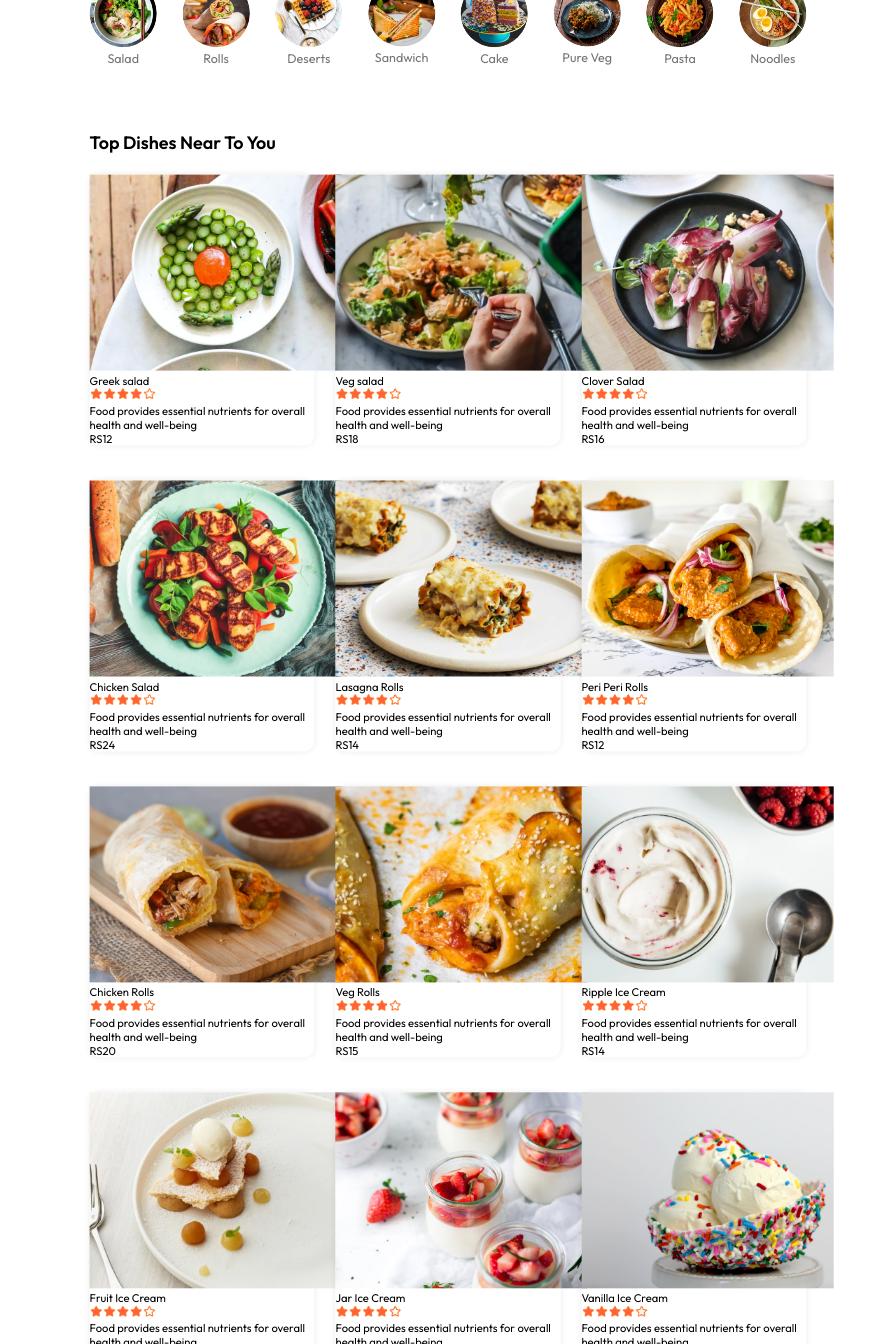
Repository: Attar786/Food-ordering-app
Page: / (app in frontend/)
The author's editor kept a copy of each file at every save. The page is drawn from the files as they stood at one save, then again after the next save.
The browser window is 1280 px wide. The pictures show the part of the page from y = 738 to 2658 px (the page is 5745 px tall before and 5415 px after), at 70% of full size.
The project was rebuilt for these pictures with package versions that can differ from the ones it lists, and the page was loaded fresh each time. Also part of the build but not shown: frontend/vite.config.js, frontend/src/pages/Cart/Cart.css, frontend/src/pages/Cart/Cart.jsx, frontend/src/pages/PlaceOrder/PlaceOrder.css, frontend/src/pages/PlaceOrder/PlaceOrder.jsx.

Above is the page before, as saved 2024-07-25 20:49:59.

### frontend/src/main.jsx
import ReactDOM from 'react-dom/client'
import App from './App.jsx'
import './index.css'
import {BrowserRouter} from 'react-router-dom'
import StoreContextProvider from './context/StoreContext.jsx'
ReactDOM.createRoot(document.getElementById('root')).render(
<BrowserRouter>

<StoreContextProvider>
<App />
</StoreContextProvider>

    </BrowserRouter>
)

### frontend/src/App.jsx
import './index.css'
import Navbar from "./components/Navbar/Navbar"
import Home from './pages/Home/Home'
import Cart from './pages/Cart/Cart'
import PlaceOrder from './pages/PlaceOrder/PlaceOrder'
import { Route, Routes } from 'react-router-dom'


function App() {

  return (
    <>

  <div className='app'>
  <Navbar/>
<Routes>
<Route path='/' element={<Home/>}/>
<Route path='/cart' element={<Cart/>}/>
<Route path='/order' element={<PlaceOrder/>}/>

</Routes>
  </div>
    </>
  )
}

export default App

### frontend/src/index.css
@import url('https://fonts.googleapis.com/css2?family=Outfit:wght@100..900&display=swap');


*{
margin: 0;
padding: 0;
 box-sizing: border-box;
 font-family: outfit;
}
body{
height: 100vh;
}
a{
text-decoration: none;
color : inherit;
}
.app{
    width: 80%;
    margin: auto;
}
@keyframes fadeIn{
    0%{
        opacity: 0;
    }
    100%{
        opacity: 1;
    }
}

### frontend/src/context/StoreContext.jsx
// import './StoreContext.css';
// import { createContext } from 'react';
// import { food_list } from '../assets/assets';
// export const StoreContext = createContext(null);

// const StoreContextProvider = (props) => {
//   const contextValue = {};
//   food_list
//   return (
//     <StoreContext.Provider value={contextValue}>
//       {props.children}
//     </StoreContext.Provider>
//   );
// };

// export default StoreContextProvider;

import './StoreContext.css';
import { createContext } from 'react';
import { food_list } from '../assets/assets'; // Ensure this path is correct and food_list is correctly exported

export const StoreContext = createContext(null);

const StoreContextProvider = (props) => {
  const contextValue = {
    food_list, // Assign food_list to contextValue
  };

  return (
    <StoreContext.Provider value={contextValue}>
      {props.children}
    </StoreContext.Provider>
  );
};

export default StoreContextProvider;

### frontend/src/components/Navbar/Navbar.jsx
import { useState } from 'react';
import './Navbar.css';
import { assets } from '../../assets/assets';

const Navbar = () => {
  const [menu, setMenu] = useState("home");

  const handleMenuClick = (menuItem) => {
    setMenu(menuItem);
  };

  return (
    <div className="Navbar">
      <img src={assets.logo} alt="Logo" className="logo" />
      <ul className="navbar-menu">
        <li onClick={() => handleMenuClick("home")} className={menu === "home" ? "active" : ""}>Home</li>
        <li onClick={() => handleMenuClick("menu")} className={menu === "menu" ? "active" : ""}>Menu</li>
        <li onClick={() => handleMenuClick("mobile-app")} className={menu === "mobile-app" ? "active" : ""}>Mobile App</li>
        <li onClick={() => handleMenuClick("contact-us")} className={menu === "contact-us" ? "active" : ""}>Contact Us</li>
      </ul>
      <div className="navbar-right">
        <img src={assets.search_icon} alt="search-icon" />
        <div>
          <img src={assets.basket_icon} alt="icons" />
          <div className="dot"></div>
        </div>
        <button>Sign In</button>
      </div>
    </div>
  );
}

export default Navbar;

### frontend/src/pages/Home/Home.jsx
import {useState} from 'react'
import Header from '../../components/Header/Header'
import ExploreMenu from '../../components/ExploreMenu/ExploreMenu'
import './Home.css'
import FoodDisplay from '../../components/FoodDisplay/FoodDisplay'

const Home = () => {
    const [category , setCategory ] = useState('All')
  return (
    <>
<Header/>
<ExploreMenu category={category} setCategory={setCategory}/>
<FoodDisplay category={category} />

</>
)
}

export default Home

### frontend/src/assets/assets.js
import basket_icon from './basket_icon.png'
import logo from './logo.png'
import header_img from './header_img.png'
import search_icon from './search_icon.png'
import menu_1 from './menu_1.png'
import menu_2 from './menu_2.png'
import menu_3 from './menu_3.png'
import menu_4 from './menu_4.png'
import menu_5 from './menu_5.png'
import menu_6 from './menu_6.png'
import menu_7 from './menu_7.png'
import menu_8 from './menu_8.png'

import food_1 from './food_1.png'
import food_2 from './food_2.png'
import food_3 from './food_3.png'
import food_4 from './food_4.png'
import food_5 from './food_5.png'
import food_6 from './food_6.png'
import food_7 from './food_7.png'
import food_8 from './food_8.png'
import food_9 from './food_9.png'
import food_10 from './food_10.png'
import food_11 from './food_11.png'
import food_12 from './food_12.png'
import food_13 from './food_13.png'
import food_14 from './food_14.png'
import food_15 from './food_15.png'
import food_16 from './food_16.png'
import food_17 from './food_17.png'
import food_18 from './food_18.png'
import food_19 from './food_19.png'
import food_20 from './food_20.png'
import food_21 from './food_21.png'
import food_22 from './food_22.png'
import food_23 from './food_23.png'
import food_24 from './food_24.png'
import food_25 from './food_25.png'
import food_26 from './food_26.png'
import food_27 from './food_27.png'
import food_28 from './food_28.png'
import food_29 from './food_29.png'
import food_30 from './food_30.png'
import food_31 from './food_31.png'
import food_32 from './food_32.png'

import add_icon_white from './add_icon_white.png'
import add_icon_green from './add_icon_green.png'
import remove_icon_red from './remove_icon_red.png'
import app_store from './app_store.png'
import play_store from './play_store.png'
import linkedin_icon from './linkedin_icon.png'
import facebook_icon from './facebook_icon.png'
import twitter_icon from './twitter_icon.png'
import cross_icon from './cross_icon.png'
import selector_icon from './selector_icon.png'
import rating_starts from './rating_starts.png'
import profile_icon from './profile_icon.png'
import bag_icon from './bag_icon.png'
import logout_icon from './logout_icon.png'
import parcel_icon from './parcel_icon.png'

export const assets = {
    logo,
    basket_icon,
    header_img,
    search_icon,
    rating_starts,
    add_icon_green,
    add_icon_white,
    remove_icon_red,
    app_store,
    play_store,
    linkedin_icon,
    facebook_icon,
    twitter_icon,
    cross_icon,
    selector_icon,
    profile_icon,
    logout_icon,
    bag_icon,
    parcel_icon
}

export const menu_list = [
    {
        menu_name: "Salad",
        menu_image: menu_1
    },
    {
        menu_name: "Rolls",
        menu_image: menu_2
    },
    {
        menu_name: "Deserts",
        menu_image: menu_3
    },
    {
        menu_name: "Sandwich",
        menu_image: menu_4
    },
    {
        menu_name: "Cake",
        menu_image: menu_5
    },
    {
        menu_name: "Pure Veg",
        menu_image: menu_6
    },
    {
        menu_name: "Pasta",
        menu_image: menu_7
    },
    {
        menu_name: "Noodles",
        menu_image: menu_8
    }]

export const food_list = [
    {
        _id: "1",
        name: "Greek salad",
        image: food_1,
        price: 12,
        description: "Food provides essential nutrients for overall health and well-being",
        category: "Salad"
    },
    {
        _id: "2",
        name: "Veg salad",
        image: food_2,
        price: 18,
        description: "Food provides essential nutrients for overall health and well-being",
        category: "Salad"
    }, {
        _id: "3",
        name: "Clover Salad",
        image: food_3,
        price: 16,
        description: "Food provides essential nutrients for overall health and well-being",
        category: "Salad"
    }, {
        _id: "4",
        name: "Chicken Salad",
        image: food_4,
        price: 24,
        description: "Food provides essential nutrients for overall health and well-being",
        category: "Salad"
    }, {
        _id: "5",
        name: "Lasagna Rolls",
        image: food_5,
        price: 14,
        description: "Food provides essential nutrients for overall health and well-being",
        category: "Rolls"
    }, {
        _id: "6",
        name: "Peri Peri Rolls",
        image: food_6,
        price: 12,
        description: "Food provides essential nutrients for overall health and well-being",
        category: "Rolls"
    }, {
        _id: "7",
        name: "Chicken Rolls",
        image: food_7,
        price: 20,
        description: "Food provides essential nutrients for overall health and well-being",
        category: "Rolls"
    }, {
        _id: "8",
        name: "Veg Rolls",
        image: food_8,
        price: 15,
        description: "Food provides essential nutrients for overall health and well-being",
        category: "Rolls"
    }, {
        _id: "9",
        name: "Ripple Ice Cream",
        image: food_9,
        price: 14,
        description: "Food provides essential nutrients for overall health and well-being",
        category: "Deserts"
    }, {
        _id: "10",
        name: "Fruit Ice Cream",
        image: food_10,
        price: 22,
        description: "Food provides essential nutrients for overall health and well-being",
        category: "Deserts"
    }, {
        _id: "11",
        name: "Jar Ice Cream",
        image: food_11,
        price: 10,
        description: "Food provides essential nutrients for overall health and well-being",
        category: "Deserts"
    }, {
        _id: "12",
        name: "Vanilla Ice Cream",
        image: food_12,
        price: 12,
        description: "Food provides essential nutrients for overall health and well-being",
        category: "Deserts"
    },
    {
        _id: "13",
        name: "Chicken Sandwich",
        image: food_13,
        price: 12,
        description: "Food provides essential nutrients for overall health and well-being",
        category: "Sandwich"
    },
    {
        _id: "14",
        name: "Vegan Sandwich",
        image: food_14,
        price: 18,
        description: "Food provides essential nutrients for overall health and well-being",
        category: "Sandwich"
    }, {
        _id: "15",
        name: "Grilled Sandwich",
        image: food_15,
        price: 16,
        description: "Food provides essential nutrients for overall health and well-being",
        category: "Sandwich"
    }, {
        _id: "16",
        name: "Bread Sandwich",
        image: food_16,
        price: 24,
        description: "Food provides essential nutrients for overall health and well-being",
        category: "Sandwich"
    }, {
        _id: "17",
        name: "Cup Cake",
        image: food_17,
        price: 14,
        description: "Food provides essential nutrients for overall health and well-being",
        category: "Cake"
    }, {
        _id: "18",
        name: "Vegan Cake",
        image: food_18,
        price: 12,
        description: "Food provides essential nutrients for overall health and well-being",
        category: "Cake"
    }, {
        _id: "19",
        name: "Butterscotch Cake",
        image: food_19,
        price: 20,
        description: "Food provides essential nutrients for overall health and well-being",
        category: "Cake"
    }, {
        _id: "20",
        name: "Sliced Cake",
        image: food_20,
        price: 15,
        description: "Food provides essential nutrients for overall health and well-being",
        category: "Cake"
    }, {
        _id: "21",
        name: "Garlic Mushroom ",
        image: food_21,
        price: 14,
        description: "Food provides essential nutrients for overall health and well-being",
        category: "Pure Veg"
    }, {
        _id: "22",
        name: "Fried Cauliflower",
        image: food_22,
        price: 22,
        description: "Food provides essential nutrients for overall health and well-being",
        category: "Pure Veg"
    }, {
        _id: "23",
        name: "Mix Veg Pulao",
        image: food_23,
        price: 10,
        description: "Food provides essential nutrients for overall health and well-being",
        category: "Pure Veg"
    }, {
        _id: "24",
        name: "Rice Zucchini",
        image: food_24,
        price: 12,
        description: "Food provides essential nutrients for overall health and well-being",
        category: "Pure Veg"
    },
    {
        _id: "25",
        name: "Cheese Pasta",
        image: food_25,
        price: 12,
        description: "Food provides essential nutrients for overall health and well-being",
        category: "Pasta"
    },
    {
        _id: "26",
        name: "Tomato Pasta",
        image: food_26,
        price: 18,
        description: "Food provides essential nutrients for overall health and well-being",
        category: "Pasta"
    }, {
        _id: "27",
        name: "Creamy Pasta",
        image: food_27,
        price: 16,
        description: "Food provides essential nutrients for overall health and well-being",
        category: "Pasta"
    }, {
        _id: "28",
        name: "Chicken Pasta",
        image: food_28,
        price: 24,
        description: "Food provides essential nutrients for overall health and well-being",
        category: "Pasta"
    }, {
        _id: "29",
        name: "Buttter Noodles",
        image: food_29,
        price: 14,
        description: "Food provides essential nutrients for overall health and well-being",
        category: "Noodles"
    }, {
        _id: "30",
        name: "Veg Noodles",
        image: food_30,
        price: 12,
        description: "Food provides essential nutrients for overall health and well-being",
        category: "Noodles"
    }, {
        _id: "31",
        name: "Somen Noodles",
        image: food_31,
        price: 20,
        description: "Food provides essential nutrients for overall health and well-being",
        category: "Noodles"
    }, {
        _id: "32",
        name: "Cooked Noodles",
        image: food_32,
        price: 15,
        description: "Food provides essential nutrients for overall health and well-being",
        category: "Noodles"
    }
]

### frontend/src/components/Navbar/Navbar.css
.Navbar{
    padding: 20px 0;
    display: flex;
    justify-content: space-between;
    align-items: center;
}
.Navbar .logo{
    width: 150px;
}
.navbar-menu{
    display: flex;
    list-style: none;
    gap: 20px;
    font: 18px;
    color: #49557e;
    cursor: pointer;
}
.navbar-right{
    display: flex;
    align-items: center;
    gap: 25px;

}
.Navbar button{
    font-size: 15px;
    border: 1px solid #49557e;
    background: transparent;
    padding: 10px 25px;
    cursor: pointer;
    border-radius: 40px;
    transition: 0.3s;
}
.Navbar button:hover{
    background-color: #fff4f2;
}
.Navbar .navbar-menu .active{
    padding-bottom: 2px;
    border-bottom: 2px solid #49557e;

}
.search-icon{
    position: relative;
}
/* .search-icon .dot{ */
    /* position: absolute;
    top: -5px;
    right: -5px;
    width: 10px;
    height: 10px;
    background-color: blue;
    border-radius: 50%;
} */
.dot {
    position: absolute;
    top: 12px; /* Adjust as needed */
    right: 268px; /* Adjust as needed */
    width: 10px;
    height: 10px;

    background-color: tomato;
    border-radius: 50%;
  }

### frontend/src/components/Header/Header.jsx
import "./Header.css";
const Header = () => {
  return (
    <div className="header">
      <div className="header-contents">
        <h2>order your Favourite Food Here</h2>
        <p>
          Lorem ipsum dolor sit amet consectetur adipisicing elit. Ab,
          repudiandae. Odio architecto libero enim minima.
        </p>
        <button>View Menu</button>
      </div>
    </div>
  );
};

export default Header;

### frontend/src/components/ExploreMenu/ExploreMenu.jsx
import './ExploreMenu.css'
import { menu_list } from '../../assets/assets';
import PropTypes from 'prop-types'
const ExploreMenu = ({ category, setCategory }) => {
  return (
    <div className='explore-menu' id='explore-menu'>
      <h1 className='explore-menu-title'>Explore our Menu</h1>
      <p className='explore-menu-text'>Lorem ipsum dolor sit, amet consectetur adipisicing elit. Quam, eos?</p>
      <div className='explore-menu-list'>
        {menu_list.map((item, index) => {
          return (
            <div onClick={() => setCategory(prev => prev === item.menu_name ? "All" : item.menu_name)} key={index} className='explore-menu-list-item'>
              <img className={category === item.menu_name ? "active" : ""} src={item.menu_image} alt="" />
              <p>{item.menu_name}</p>
            </div>
          )
        })}
      </div>
      <hr />
    </div>
  )
}
    ExploreMenu.propTypes = {
    category: PropTypes.string.isRequired,
    setCategory: PropTypes.func.isRequired,
  };

export default ExploreMenu;

### frontend/src/components/FoodDisplay/FoodDisplay.jsx
import { useContext } from 'react';
import './FoodDisplay.css';
import { StoreContext } from '../../context/StoreContext';
import FoodItem from '../FoodItem/FoodItem';
const FoodDisplay = ({ category }) => {
  const { food_list } = useContext(StoreContext);
  if (!food_list) {
    return <div>Loading...</div>; // Handle loading state or error
  }
  return (
    <div className='food-display' id='food-display'>
      <h2>Top Dishes Near To You</h2>
      <div className='food-display-list'>
        {food_list.map((item, index) => (
          <FoodItem
            key={index}
            id={item._id}
            name={item.name}
            description={item.description}
            price={item.price}
            image={item.image}
          />
        ))}
      </div>
    </div>
  );
};

export default FoodDisplay;

### frontend/src/components/Header/Header.css
.header{
    height: 35vw;
    margin: 30px auto;
    background: url('/header_img.png') no-repeat;
    background-size: contain;
    position: relative;
}
.header-contents{
position: absolute;
display: flex;
flex-direction: column;
align-items: start;
gap: 1.5vw;
max-width: 50%;
bottom: 10%;
left: 6vw;
animation: fadeIn 3s;
}

.header-contents h2{
    font-weight: 500;
    color: white;
    font-size: max(4.5vw, 22px);
}
.header-contents p{
    color: white;
    font-size: 1vw;

}
.header-contents button{
    font-weight: 500;
    color: #747474;
    border: none;
    padding: 1vw 2.3vw;
    background-color: white;
    border-radius: 50px;
    font-size: max(1vw,12px);


}

### frontend/src/components/ExploreMenu/ExploreMenu.css
.explore-menu{
    display: flex;
    flex-direction: column;
    gap: 20px;
}
.explore-menu h1{
    color: #262626;
    font-weight: 500;
}
.explore-menu-text{
    max-width: 60%;
    columns: #808080;
}
.explore-menu-list {
    display: flex;
    justify-content: space-between;
    align-items:center;
    gap: 30px;
    text-align: center;
    margin: 20px 0px;
    overflow: scroll;
}
.explore-menu-list::-webkit-scrollbar{
    display: none;
}
.explore-menu-list-item img{
    width: 7.5vw;
    min-width: 85px;
    cursor: pointer;
    border-radius: 50%;
    transition: 0.3s;
}

.explore-menu-list-item p{
    cursor: pointer;
    color: #747474;
    font-size: max(1.4vw, 16px)
}
.explore-menu hr{
    margin: 10px 0px;
    height: 2px;
    color: #e2e2e2;
    border: none;
}
.explore-menu-list-item .active{
    border:3px solid tomato;
    padding: 2px;
}

### frontend/src/components/FoodDisplay/FoodDisplay.css
.food-display{
    margin-top: 30px;
}
.food-display h2{
    font-size: max(2vw, 24px);
    font-weight: 600;
}
.food-display-list{
    display: grid;
    grid-template-columns: repeat(auto-fill,minmax(240px,1fr));
    margin-top: 30px;
    gap: 30px;
    row-gap: 50px;
}

### frontend/src/components/FoodItem/FoodItem.jsx
import './FoodItem.css';
import { assets } from '../../assets/assets'; // Ensure this path is correct and that assets contains rating_starts

const FoodItem = ({ id, name, price, description, image }) => {
  return (
    <div className='food-item'>
      <div className='food-item-img-container'>
        <img className='food-item-image' src={image} alt={name} />
      </div>
      <div className='food-item-info'>
        <div className='food-item-name-rating'>
          <p>{name}</p>
          <img src={assets.rating_starts} alt="Rating" />
        </div>
        <p className='food-item-description'>
          {description}
        </p>
        <p className='food-item-price'>RS{price}</p>      </div>
    </div>
  );
};

export default FoodItem;

### frontend/src/components/FoodItem/FoodItem.css
.food-item{
    width: 100%;
    border-radius: 15px;
    box-shadow: 0px 0px 10px #00000015;
    transition: 0.3s;
    animation: fadeIn 1s;
}

Loaded but not shown: frontend/index.html (common file); frontend/src/context/StoreContext.css (no stored copy; drawn as an empty file); frontend/src/pages/Home/Home.css (no stored copy; drawn as an empty file)

After the next save:
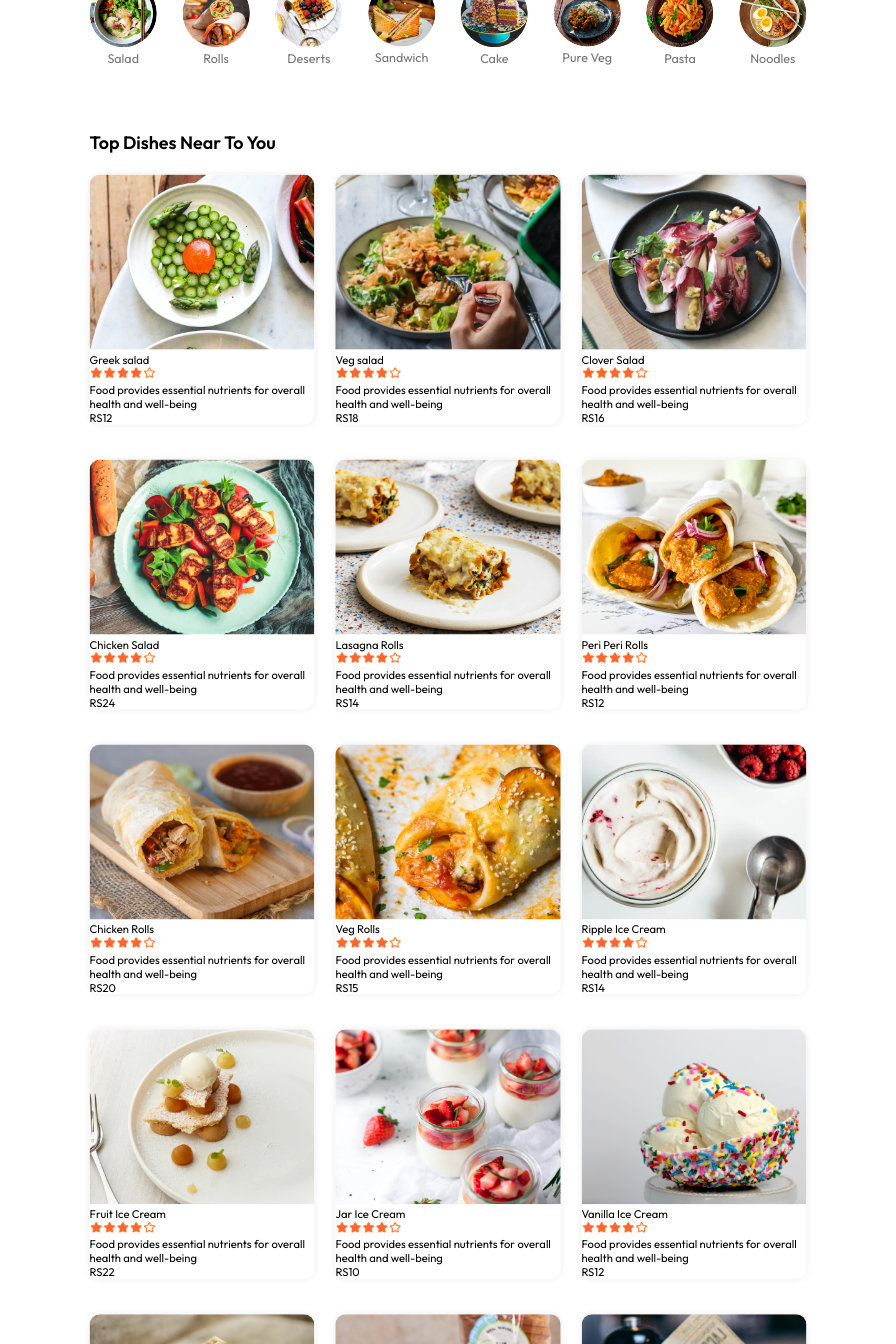
Saved 100 s later.
--- a/frontend/src/components/FoodItem/FoodItem.css
+++ b/frontend/src/components/FoodItem/FoodItem.css
@@ -5,3 +5,7 @@
     transition: 0.3s;
     animation: fadeIn 1s;
 }
+.food-item-image{
+    width: 100%;
+    border-radius : 15px 15px 0px 0px;
+}
